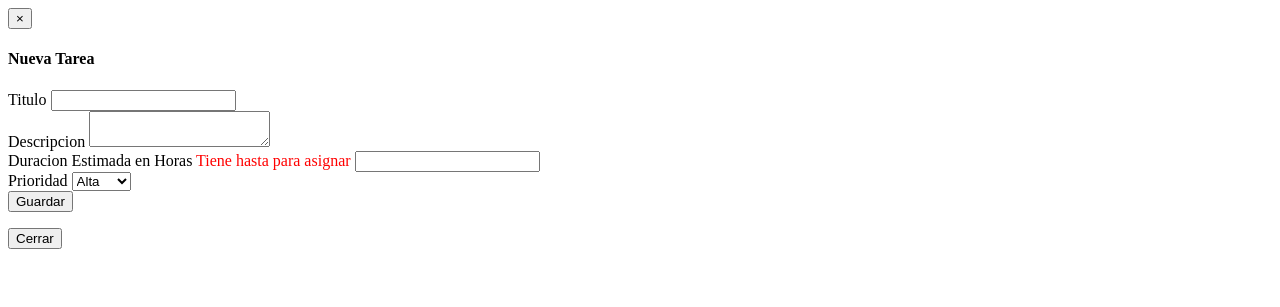
Repository: sebakondek/workspace
Page: http://localhost/ProyectoTrackAndBugBase/WEB-INF/jsp/tareas/form.jsp
The author's editor kept a copy of each file at every save. The page is drawn from the files as they stood at one save, then again after the next save.
The browser window is 1280 px wide. The pictures show the whole page.
The page is served by Tomcat 9. Nobody is signed in. Other server files are loaded and not shown. The template is opened directly, without the code that normally fills it, so the values that code supplies are empty.

Above is the page before, as saved 2016-09-16 19:38:54.
Console error: ReferenceError: $ is not defined

### ProyectoTrackAndBugBase/WebContent/WEB-INF/jsp/tareas/form.jsp
<%@ page language="java" contentType="text/html; charset=ISO-8859-1"
    pageEncoding="ISO-8859-1"%>
<%@ taglib prefix="form" uri="http://www.springframework.org/tags/form"%>
<%@ taglib prefix="c" uri="http://java.sun.com/jsp/jstl/core" %>


<script>
$(function(){
	formInit("tarea");
});

</script>


<div class="modal-dialog" role="dialog">
    <div class="modal-content">
      <div class="modal-header">
        <button type="button" class="close" data-dismiss="modal" aria-label="Close"><span aria-hidden="true">&times;</span></button>
        <h4 class="modal-title" id="myModalLabel"><b>Nueva Tarea</b></h4>
      </div>
      <div class="modal-body" id="modal-body">


			<div class="form form-group table">
				<form:form id="form" method="post" modelAttribute="tareaForm" action="../tareas/guardartarea.html" >
					<form:input path="id" type="hidden" />
					<form:input path="idProyecto" type="hidden"/>
					<form:input path="duracionReal" type="hidden"/>
					<div class="form-group">
						<label for="titulo">Titulo</label>
						<form:input class="form-control" path="titulo" pattern="[a-zA-Z0-9]+" data-error="enter valid username" type="text" required="required"/>
					</div>
					<div class="form-group">
						<label for="descripcion">Descripcion</label>
						<form:textarea class="form-control required" path="descripcion" name="descripcion" pattern="[a-zA-Z0-9]+" required="required"/>
					</div>
					<div class="form-group">
						<label for="totalHoras">Duracion Estimada en Horas <span style="color: red;">Tiene hasta ${tiempoProyecto} para asignar</span></label>
						<form:input class="form-control" path="duracionEstimada" max="${tiempoProyecto}" min="0" type="number" name="number" required="required"/>
					</div>
					<div class="form-group">
						<label for="prioridad">Prioridad</label>
						<form:select id="select-multiple" class="js-example-basic-single js-states form-control"
								path="prioridad" itemLabel="prioridad" itemValue="id" required="required">
							<option value="1"> Alta</option>
							<option value="2">Media</option>
							<option value="3">Baja</option>
						</form:select>
					</div>
					<div class="form-group">
						<input type="submit" class="btn btn-success" value="Guardar">
					</div>
				</form:form>
			</div>

		 </div>
      <div class="modal-footer">
      	<button type="button" class="btn btn-default" data-dismiss="modal">Cerrar</button>
      </div>
    </div>
</div>

After the next save:
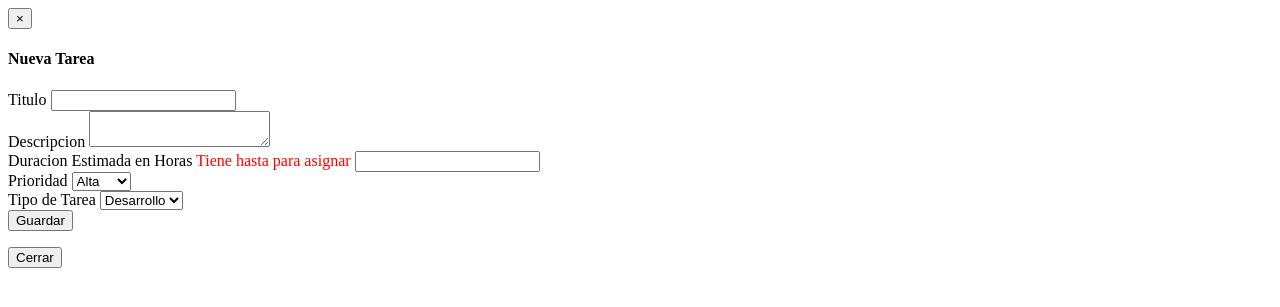
Saved 46 s later.
--- a/ProyectoTrackAndBugBase/WebContent/WEB-INF/jsp/tareas/form.jsp
+++ b/ProyectoTrackAndBugBase/WebContent/WEB-INF/jsp/tareas/form.jsp
@@ -48,6 +48,15 @@ $(function(){
 						</form:select>
 					</div>
 					<div class="form-group">
+						<label for="prioridad">Tipo de Tarea</label>
+						<form:select id="select-multiple" class="js-example-basic-single js-states form-control"
+								path="prioridad" itemLabel="prioridad" itemValue="id" required="required">
+							<option value="1">Desarrollo</option>
+							<option value="2">Análisis</option>
+							<option value="3">Testing</option>
+						</form:select>
+					</div>
+					<div class="form-group">
 						<input type="submit" class="btn btn-success" value="Guardar">
 					</div>
 				</form:form>
